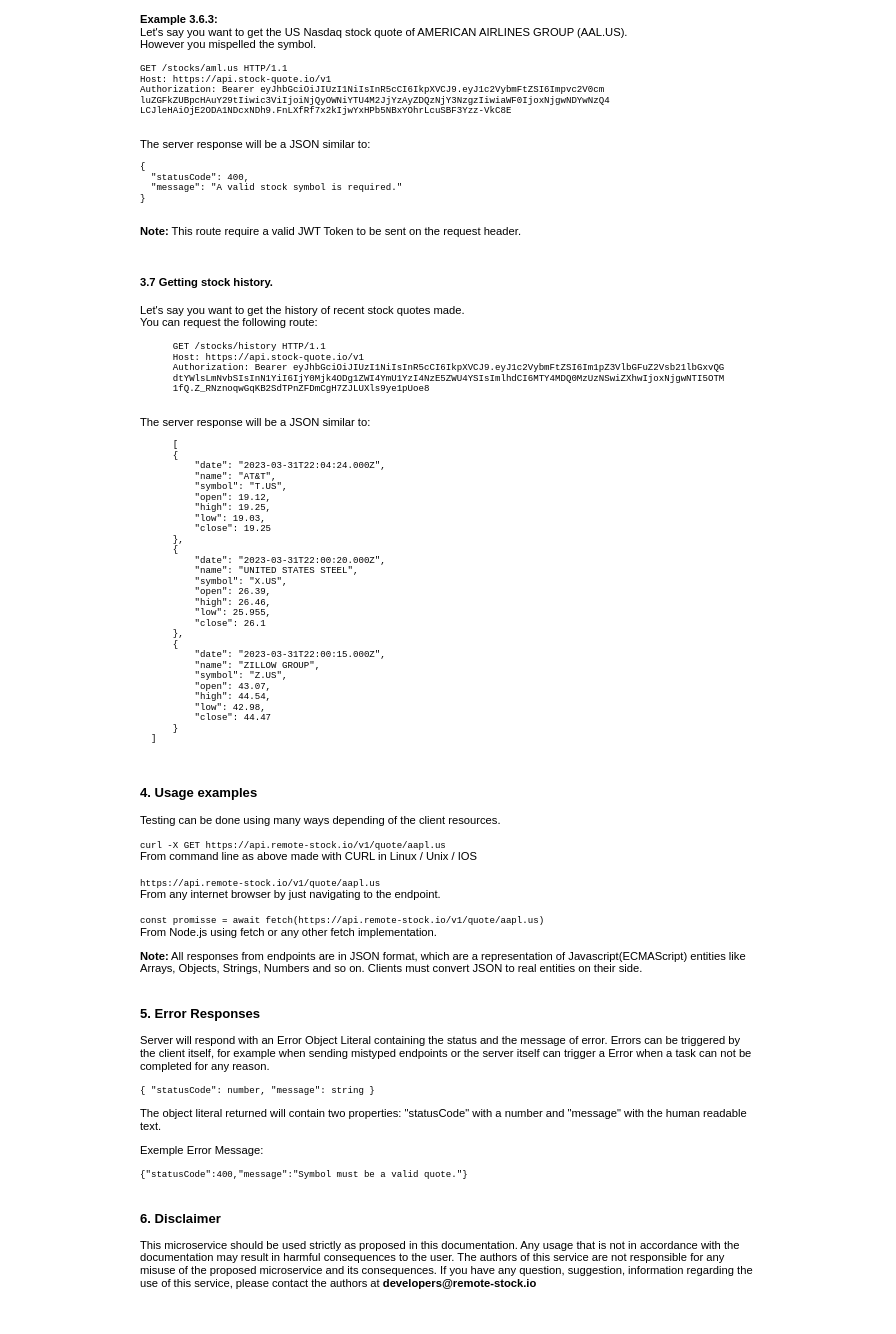
Repository: miguelamello/nest-js
Page: stock-service/documentation.html
These files come from the project's save history. The page is drawn as it stood at one moment and after a run of saves; the edit follows.
The browser window is 1280 px wide. The pictures show the part of the page from y = 4390 to 6310 px (the page is 6295 px tall before and 6310 px after), at 70% of full size.

Above is the page before, as saved 2023-04-03 11:25:50.

### stock-service/documentation.html
<!DOCTYPE html>
<html lang="en">
<head>
  <meta charset="UTF-8">
  <meta http-equiv="X-UA-Compatible" content="IE=edge">
  <meta name="viewport" content="width=device-width, initial-scale=1.0">
  <title>STOCK QUOTE MICROSERVICE</title>
  <style>
    body {
      font-family: Arial, Helvetica, sans-serif;
      padding: 3% 15%;
    }
    h3 {
      margin-top: 5%;
    }
    pre {
      margin: 0;
      overflow: auto;
    }
  </style>
</head>
<body>
  <h2>STOCK QUOTE MICROSERVICE DOCUMENTATION</h2>
  <p>
    This microservice aims to facilitate the acquisition of stock exchange quotes from various
    companies in US and UK. Please follow the documentation to get a complete understanding
    of how the service works.
  </p>

  <h3>1. Entrypoint</h3>
  <code>https://api.stock-quote.io/v1</code>
  <p>
    All routes starts from the entrypoint above. Accessing this entrypoint will
    retrieve the STOCK QUOTE MICROSERVICE DOCUMENTATION in a friendly presentation,
    as easy to read as this page can be.
  </p>

  <p>If you want for a more detailed documentation, you should navigate to the
    STOCK QUOTE MICROSERVICE SPECIFICATION where you will find more technical
    explanations about the service.
  </p>

  <pre>
GET /spec HTTP/1.1
Host: https://api.stock-quote.io/v1
  </pre>

  <h3>2. Authentication</h3>
  <p>A JSON Web Token (JWT) Authentication is required for some routes on the microservice.
    Below are listed the steps that must be followed to get a valid JWT Token. The token is
    a string similar to the following:
  </p>

  <pre>
eyJhbGciOiJIUzI1NiIsInR5cCI6IkpXVCJ9.eyJ1c2VybmFtZSI6Im1pZ3VlbGFuZ2Vsb21
lbGxvQGdtYWlsLmNvbSIsInN1YiI6IjY0Mjg2YmY0ZWE1OTAxNmQwNjg0MTJiYSIsImlhdCI6MTY4MDM3Mjc4OSwiZ
XhwIjoxNjgwNDU5MTg5fQ.6tP4CUwuBqWPXSu1aLEoy7kCQnCnvEBEXRHDIXUWLNo
  </pre>
  <p>

    <br><div><b>2.1 Signup to the service</b></div><br>

    <pre>
POST /auth/signup HTTP/1.1
Host: https://api.stock-quote.io/v1
Content-Type: application/x-www-form-urlencoded
Content-Length: 35

email=yourname@example.com
    </pre>

    <div>You must send a POST request to <code>/auth/signup</code> with POST BODY containing a valid email.
      You will receive a email with a link to confirm your email address. After the email confirmation,
      another email with your Username and Password will be sent to you. You should use this login
      information to get your JWT Token. Keep following.</div>
    </div>
  </p>

  <p>
    <br><div><b>2.2 Signin to the service</b></div><br>

    <pre>
POST /auth/signin HTTP/1.1
Host: https://api.stock-quote.io/v1
Content-Type: application/x-www-form-urlencoded
Content-Length: 77

email=yourname@example.com&
password=e49015be5ba9752ab634b5649045bc56
    </pre>

    <div>You must send a POST request to <code>/auth/signin</code> with POST BODY containing the
      confirmed email and the password you received by email. If login is valid you will
      receive a response with the JWT Token that you must use to access all the available
      routes on the microservice. The Route response will be a JWT Token similar to bellow.
    </div><br>

    <pre>
{
  "access_token": "eyJhbGciOiJIUzI1NiIsInR5cCI6IkpXVCJ9.eyJ1c2VybmFtZSI6Im1pZ3VlbGFuZ2Vsb21
  lbGxvQGdtYWlsLmNvbSIsInN1YiI6IjY0Mjg2YmY0ZWE1OTAxNmQwNjg0MTJiYSIsImlhdCI6MTY4MDM3Mjc4OSwiZ
  XhwIjoxNjgwNDU5MTg5fQ.6tP4CUwuBqWPXSu1aLEoy7kCQnCnvEBEXRHDIXUWLNo"
}
    </pre>

    <div>Note: You must annotate this token somewhere, since a JWT Token can not be generated
      again with the same hash. If you lose your token, you will have to repeat the steps above
      on item 2.2 to get a new token.
    </div><br>

  </p>

  <p>
    <div><b>2.3 Use the JWT Token to access the routes</b></div><br>

    <pre>
GET /stocks/aapl.us HTTP/1.1
Host: https://api.stock-quote.io/v1
Authorization: Bearer eyJhbGciOiJIUzI1NiIsInR5cCI6IkpXVCJ9.eyJ1c2VybmFtZSI6Im1pZ3VlbGFuZ2Vsb21
lbGxvQGdtYWlsLmNvbSIsInN1YiI6IjY0Mjg2YmY0ZWE1OTAxNmQwNjg0MTJiYSIsImlhdCI6MTY4MDM3Mjc4OSwiZXhwI
joxNjgwNDU5MTg5fQ.6tP4CUwuBqWPXSu1aLEoy7kCQnCnvEBEXRHDIXUWLNo
    </pre>

    <div>Here as an example, a request to the route <code>/stocks/aapl.us</code> is being made.
      You have to pay attention where you send the JWT Token in the request. The right place to
      send is in the HEADER of the request, using the field <code>Authorization:</code> and on the
      value side you write the JWT Token prefixing with <code>Bearer </code> keyword. This is a internet
      Standard for sending JWT Tokens.
    </div><br>

    <div>
      If everything is okay with your token, you can use it for up to 24 hours. After that, you will
      need to get a new token by following the steps above on item 2.2. Its a good idea to annotate
      the token and the password you received by email, so you can use it again in the future. However
      keep following to see how to reset your password.
    </div>
  </p>

  <h3>3. Routes</h3>

  <p>This microservice offers 8 routes, as listed below:</p>

  <pre>
GET /                     //-> Accessing API documentation
GET /specs                //-> Accessing API specification
POST /auth/signup         //-> Creating new user
POST /auth/signin         //-> Getting JWT Token
POST /auth/reset-password //-> Resetting your password
GET /stocks/{symbol}      //-> Getting stock quotation
GET /stocks/stats         //-> Getting stock statistics
GET /stocks/history       //-> Getting stock history
  </pre>

  <h4>3.1 Accessing API documentation.</h4>

  <p>
    <div>Let's say you want to access the documentation of this microservice.</div>
    <div>You can request the following route:</div><br>
    <pre>
GET / HTTP/1.1
Host: https://api.stock-quote.io/v1
    </pre>

    <p>The server response will be this page. Pretty straight.</p>
  </p>

  <br><h4>3.2 Accessing the API specification.</h4>

  <p>
    <div>Let's say you want to access the specification of this microservice.</div>
    <div>You can request the following route:</div><br>
    <pre>
GET /specs HTTP/1.1
Host: https://api.stock-quote.io/v1
    </pre>

    <p>The server response will be the page containing the API specification in detail.</p>
  </p>

  <br><h4>3.3 Creating new user.</h4>

  <p>
    <div>Let's say you want to create a new user.</div>
    <div>You can request the following route:</div><br>

    <pre>
POST /auth/signup HTTP/1.1
Host: https://api.stock-quote.io/v1
Content-Type: application/x-www-form-urlencoded
Content-Length: 77

email=yourname@example.com
    </pre>

    <p>The server response will be a JSON similar to:</p>

    <pre>
{
  "email": "josetrindade@ipp.com",
  "role": "user",
  "message": "User created successfully. Check your email for the password."
}
    </pre>

    <div>
      Note: The password will be sent to the email you provided. If you don't receive the email,
      check your spam folder. If you still don't receive the email, please contact us at
      <code>developers@stock-quote.io</code>
    </div>

    <br><h4>3.4 Getting JWT Token.</h4>

  <p>
    <div>Let's say you want to grab the JWT Token.</div>
    <div>You can request the following route:</div><br>

    <pre>
POST /auth/signin HTTP/1.1
Host: https://api.stock-quote.io/v1
Content-Type: application/x-www-form-urlencoded
Content-Length: 102

email=yourname@example.com&
password=e49015be5ba9752ab634b5649045bc56
    </pre>

    <p>The server response will be a JSON similar to:</p>

    <pre>
{
  "access_token": "eyJhbGciOiJIUzI1NiIsInR5cCI6IkpXVCJ9.eyJ1c2VybmFtZSI6Im1pZ3VlbGFuZ2Vsb21
  lbGxvQGdtYWlsLmNvbSIsInN1YiI6IjY0Mjg2YmY0ZWE1OTAxNmQwNjg0MTJiYSIsImlhdCI6MTY4MDM3Mjc4OSwiZ
  XhwIjoxNjgwNDU5MTg5fQ.6tP4CUwuBqWPXSu1aLEoy7kCQnCnvEBEXRHDIXUWLNo"
}
    </pre>

    <div>
      Note: The access_token is the JWT Token you will use to access the other routes.
      Please refer to item 2.3 to see how to use it.
    </div>

    <br><h4>3.5 Resetting your password.</h4>

  <p>
    <div>Suppose your forgot or lost your password.</div>
    <div>So you have to reset it, right?. </div>
    <div>You can request the following route:</div><br>

    <pre>
POST /auth/reset-password HTTP/1.1
Host: https://api.stock-quote.io/v1
Content-Type: application/x-www-form-urlencoded
Content-Length: 85

email=yourname@example.com
    </pre>

    <p>The server response will be a JSON similar to:</p>

    <pre>
{
  "email": "josetrindade@ipp.com",
  "role": "user",
  "message": "Password reseted successfully. Check your email for the password."
}
    </pre>

    <div>
      Note: The password will be sent to the email you provided since it exists as current user.
      If you don't receive the email, check your spam folder. If you still don't receive the email,
      please contact us at <code>developers@stock-quote.io</code>
    </div>

    <br><h4>3.6 Getting stock quotation.</h4>

  <p>
    <div><b>Example 3.6.1:</b></div>
    <div>Let's say you want to get the US stock quote of Apple Inc. (AAPL).</div>
    <div>You can request the following route:</div><br>
    <pre>
GET /stocks/t.us HTTP/1.1
Host: https://api.stock-quote.io/v1
Authorization: Bearer eyJhbGciOiJIUzI1NiIsInR5cCI6IkpXVCJ9.eyJ1c2VybmFtZSI6Impvc2V0cm
luZGFkZUBpcHAuY29tIiwic3ViIjoiNjQyOWNiYTU4M2JjYzAyZDQzNjY3NzgzIiwiaWF0IjoxNjgwNDYwNzQ4
LCJleHAiOjE2ODA1NDcxNDh9.FnLXfRf7x2kIjwYxHPb5NBxYOhrLcuSBF3Yzz-VkC8E
    </pre>

    <p>The server response will be a JSON similar to:</p>

    <pre>
{
  "symbol":"AAPL.US",
  "date":"2023-03-28",
  "time":"22:00:07",
  "open":157.97,
  "high":158.49,
  "low":155.98,
  "close":157.65,
  "volume":38112523,
  "name":"APPLE"
}
    </pre>
  </p>
  <p>
    <div><b>Example 3.6.2:</b></div>
    <div>Let's say you want to get the UK stock quote of HSBC HOLDINGS. (HSBA.UK).</div>
    <div>You can request the following endpoint:</div><br>
    <pre>
GET /stocks/hsbc.uk HTTP/1.1
Host: https://api.stock-quote.io/v1
Authorization: Bearer eyJhbGciOiJIUzI1NiIsInR5cCI6IkpXVCJ9.eyJ1c2VybmFtZSI6Impvc2V0cm
luZGFkZUBpcHAuY29tIiwic3ViIjoiNjQyOWNiYTU4M2JjYzAyZDQzNjY3NzgzIiwiaWF0IjoxNjgwNDYwNzQ4
LCJleHAiOjE2ODA1NDcxNDh9.FnLXfRf7x2kIjwYxHPb5NBxYOhrLcuSBF3Yzz-VkC8E
    </pre>

    <p>The server response will be a JSON similar to:</p>

    <pre>
{
  "symbol":"HSBA.UK",
  "date":"2023-03-28",
  "time":"17:39:12",
  "open":546,
  "high":549.3,
  "low":536.3,
  "close":541.1,
  "volume":21063071,
  "name":"HSBC HOLDINGS"
}
    </pre>
  </p>

  <p>
    <div><b>Example 3.6.3:</b></div>
    <div>Let's say you want to get the US Nasdaq stock quote of AMERICAN AIRLINES GROUP (AAL.US).</div>
    <div>However you mispelled the symbol.</div><br>
    <pre>
GET /stocks/aml.us HTTP/1.1
Host: https://api.stock-quote.io/v1
Authorization: Bearer eyJhbGciOiJIUzI1NiIsInR5cCI6IkpXVCJ9.eyJ1c2VybmFtZSI6Impvc2V0cm
luZGFkZUBpcHAuY29tIiwic3ViIjoiNjQyOWNiYTU4M2JjYzAyZDQzNjY3NzgzIiwiaWF0IjoxNjgwNDYwNzQ4
LCJleHAiOjE2ODA1NDcxNDh9.FnLXfRf7x2kIjwYxHPb5NBxYOhrLcuSBF3Yzz-VkC8E
    </pre>

    <p>The server response will be a JSON similar to:</p>

    <pre>
{
  "statusCode": 400,
  "message": "A valid stock symbol is required."
}
    </pre>

    <p>
      <b>Note:</b> This route require a valid JWT Token to be sent on the request header.
    </p>
  </p>

  <br><h4>3.7 Getting stock history.</h4>

  <p>
    <div>Let's say you want to get the history of recent stock quotes made.</div>
    <div>You can request the following route:</div><br>
    <pre>
      GET /stocks/history HTTP/1.1
      Host: https://api.stock-quote.io/v1
      Authorization: Bearer eyJhbGciOiJIUzI1NiIsInR5cCI6IkpXVCJ9.eyJ1c2VybmFtZSI6Im1pZ3VlbGFuZ2Vsb21lbGxvQG
      dtYWlsLmNvbSIsInN1YiI6IjY0Mjk4ODg1ZWI4YmU1YzI4NzE5ZWU4YSIsImlhdCI6MTY4MDQ0MzUzNSwiZXhwIjoxNjgwNTI5OTM
      1fQ.Z_RNznoqwGqKB2SdTPnZFDmCgH7ZJLUXls9ye1pUoe8
    </pre>

    <p>The server response will be a JSON similar to:</p>

    <pre>
      [
      {
          "date": "2023-03-31T22:04:24.000Z",
          "name": "AT&T",
          "symbol": "T.US",
          "open": 19.12,
          "high": 19.25,
          "low": 19.03,
          "close": 19.25
      },
      {
          "date": "2023-03-31T22:00:20.000Z",
          "name": "UNITED STATES STEEL",
          "symbol": "X.US",
          "open": 26.39,
          "high": 26.46,
          "low": 25.955,
          "close": 26.1
      },
      {
          "date": "2023-03-31T22:00:15.000Z",
          "name": "ZILLOW GROUP",
          "symbol": "Z.US",
          "open": 43.07,
          "high": 44.54,
          "low": 42.98,
          "close": 44.47
      }
  ]
    </pre>
  </p>

  <h3>4. Usage examples</h3>

  <p>Testing can be done using many ways depending of the client resources.</p>

  <code>curl -X GET https://api.remote-stock.io/v1/quote/aapl.us</code>
  <div>From command line as above made with CURL in Linux / Unix / IOS</div>
  <br>
  <code>https://api.remote-stock.io/v1/quote/aapl.us</code>
  <div>From any internet browser by just navigating to the endpoint.</div>
  <br>
  <code>const promisse = await fetch(https://api.remote-stock.io/v1/quote/aapl.us)</code>
  <div>From Node.js using fetch or any other fetch implementation.</div>

  <p>
    <b>Note:</b> All responses from endpoints are in JSON format, which are a
    representation of Javascript(ECMAScript) entities like Arrays, Objects,
    Strings, Numbers and so on. Clients must convert JSON to real entities
    on their side.
  </p>

  <h3>5. Error Responses</h3>

  <p>
    Server will respond with an Error Object Literal containing
    the status and the message of error. Errors can be triggered
    by the client itself, for example when sending mistyped endpoints
    or the server itself can trigger a Error when a
    task can not be completed for any reason.
  </p>

  <p>
    <code>{ "statusCode": number, "message": string }</code><br>
    <div>
      The object literal returned will contain two properties:
      "statusCode" with a number and "message" with the human readable text.
    </div>
  </p>

  <p>Exemple Error Message:</p>
  <p>
    <code>
      {"statusCode":400,"message":"Symbol must be a valid quote."}
    </code>
  </p>

  <h3>6. Disclaimer</h3>
  <p>
    This microservice should be used strictly as proposed in this documentation.
    Any usage that is not in accordance with the documentation may result in harmful
    consequences to the user. The authors of this service are not responsible for
    any misuse of the proposed microservice and its consequences. If you have any question,
    suggestion, information regarding the use of this service, please contact
    the authors at <b>developers@remote-stock.io</b>
  </p>

</body>
</html>

After the next 2 saves:
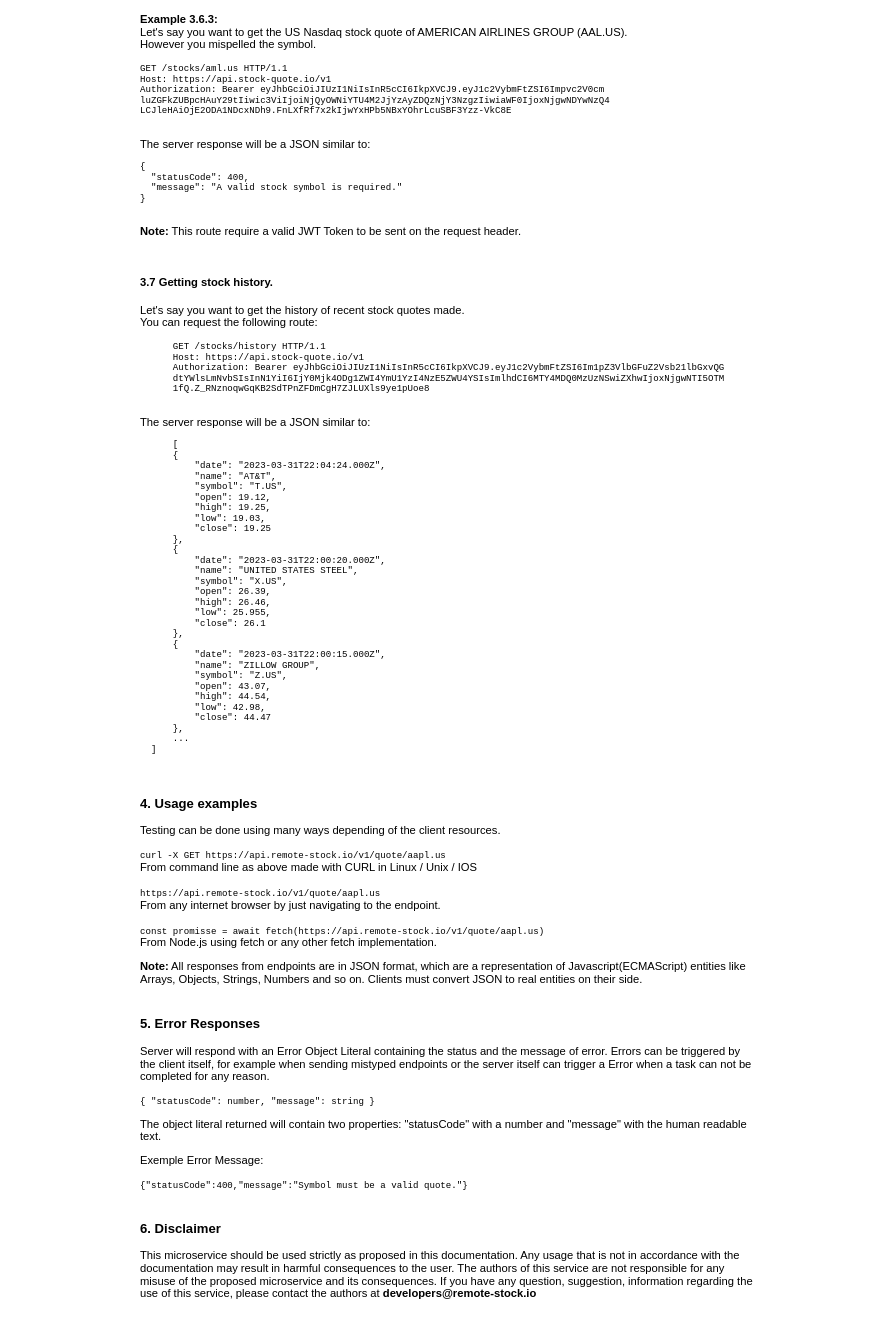
The 2 saves are shown as one change because they came seconds apart.
The last was saved 9 s later.
--- a/stock-service/documentation.html
+++ b/stock-service/documentation.html
@@ -399,7 +399,8 @@ LCJleHAiOjE2ODA1NDcxNDh9.FnLXfRf7x2kIjwYxHPb5NBxYOhrLcuSBF3Yzz-VkC8E
           "high": 44.54,
           "low": 42.98,
           "close": 44.47
-      }
+      },
+      ...
   ]
     </pre>
   </p>
